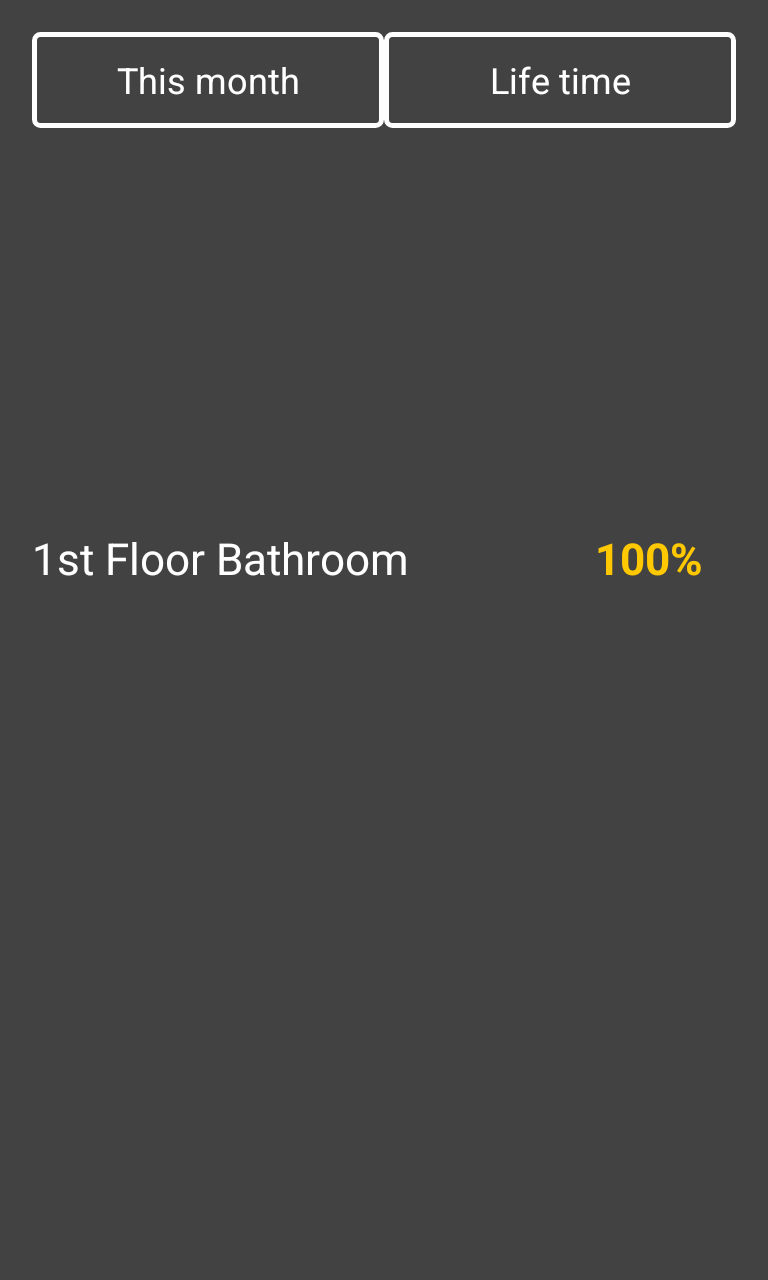
Repository: prabushitha/hydrosaver
Layout: hydrosaver/res/layout/activity_sections.xml
These files come from the project's save history. The layout is drawn as it stood at one moment and after the next save; the edit follows.
It is drawn on a 768 x 1280 px phone screen (xhdpi) without system bars, with theme AppTheme; the app's code is not run.

Above is the layout before, as saved 2016-10-08 16:49:40.

After the next save:
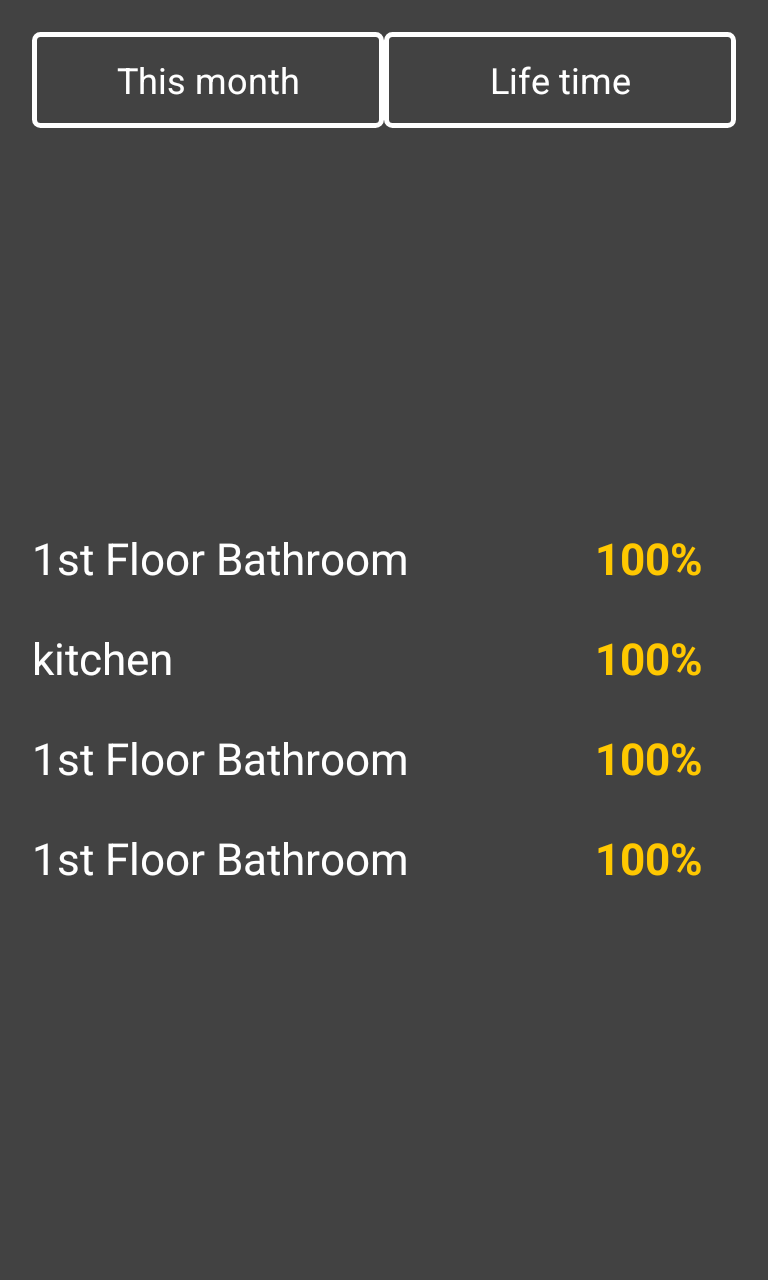
Saved 44 s later.
--- a/hydrosaver/res/layout/activity_sections.xml
+++ b/hydrosaver/res/layout/activity_sections.xml
@@ -71,6 +71,89 @@
 
 	    </TableRow>
 
+	    <TableRow>
+
+	        <TextView
+		        android:layout_width="0dp"
+		        android:layout_height="wrap_content"
+		        android:textAppearance="?android:attr/textAppearanceLarge"
+		        android:text="kitchen"
+		        android:textColor="#ffffff"
+		        android:id="@+id/txtName"
+		        android:minHeight="100px"
+		        android:singleLine="true"
+		        android:layout_weight="8"
+		        android:ellipsize="end" />
+
+		    <TextView
+		        android:layout_width="0dp"
+		        android:layout_height="wrap_content"
+		        android:textAppearance="?android:attr/textAppearanceLarge"
+		        android:text="100%"
+		        android:textColor="#ffc800"
+		        android:id="@+id/txtPrecentage"
+		        android:minHeight="100px"
+		        android:singleLine="false"
+		        android:layout_weight="2"
+		        android:textStyle="bold"/>
+
+	    </TableRow>
+
+	    <TableRow>
+
+	        <TextView
+		        android:layout_width="0dp"
+		        android:layout_height="wrap_content"
+		        android:textAppearance="?android:attr/textAppearanceLarge"
+		        android:text="1st Floor Bathroom"
+		        android:textColor="#ffffff"
+		        android:id="@+id/txtName"
+		        android:minHeight="100px"
+		        android:singleLine="true"
+		        android:layout_weight="8"
+		        android:ellipsize="end" />
+
+		    <TextView
+		        android:layout_width="0dp"
+		        android:layout_height="wrap_content"
+		        android:textAppearance="?android:attr/textAppearanceLarge"
+		        android:text="100%"
+		        android:textColor="#ffc800"
+		        android:id="@+id/txtPrecentage"
+		        android:minHeight="100px"
+		        android:singleLine="false"
+		        android:layout_weight="2"
+		        android:textStyle="bold"/>
+
+	    </TableRow>
+
+	    <TableRow>
+
+	        <TextView
+		        android:layout_width="0dp"
+		        android:layout_height="wrap_content"
+		        android:textAppearance="?android:attr/textAppearanceLarge"
+		        android:text="1st Floor Bathroom"
+		        android:textColor="#ffffff"
+		        android:id="@+id/txtName"
+		        android:minHeight="100px"
+		        android:singleLine="true"
+		        android:layout_weight="8"
+		        android:ellipsize="end" />
+
+		    <TextView
+		        android:layout_width="0dp"
+		        android:layout_height="wrap_content"
+		        android:textAppearance="?android:attr/textAppearanceLarge"
+		        android:text="100%"
+		        android:textColor="#ffc800"
+		        android:id="@+id/txtPrecentage"
+		        android:minHeight="100px"
+		        android:singleLine="false"
+		        android:layout_weight="2"
+		        android:textStyle="bold"/>
+
+	    </TableRow>
 
 
 	</TableLayout>
